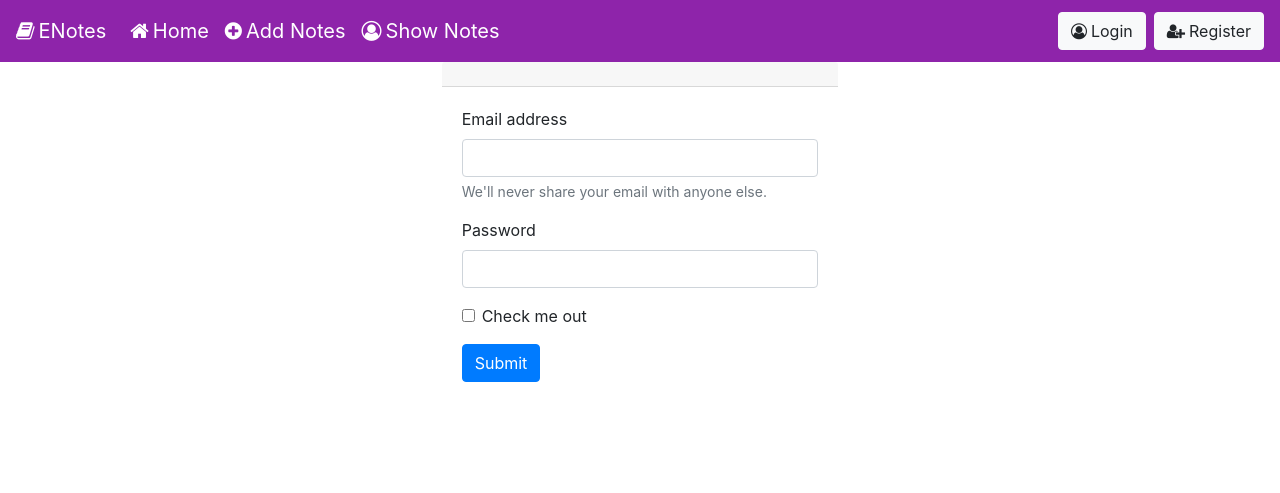
Repository: Bansal140899/eclipse-workspace
Page: http://localhost/ENotesProject/register.jsp
The author's editor kept a copy of each file at every save. The page is drawn from the files as they stood at one save, then again after the next save.
The browser window is 1280 px wide. The pictures show the whole page.
The page is served by Tomcat 9. Other server files are loaded and not shown.

Above is the page before, as saved 2025-12-21 21:54:09.

### ENotesProject/src/main/webapp/register.jsp
<%@ page language="java" contentType="text/html; charset=UTF-8"
	pageEncoding="UTF-8"%>
<!DOCTYPE html PUBLIC "-//W3C//DTD HTML 4.01 Transitional//EN" "http://www.w3.org/TR/html4/loose.dtd">
<html>
<head>
<meta http-equiv="Content-Type" content="text/html; charset=UTF-8">
<title>Register Page</title>
</head>
<body>
	<%@include file="All_Component/allcss.jsp"%>
	<%@include file="All_Component/navbar.jsp"%>
	<div class="container-fluid">
		<div class="row">
			<div class="col-md-4 offset-md-4">


				<div class="card-header"></div>
				<div class="card-body">
				<form>
					<div class="form-group">
						<label for="exampleInputEmail1">Email address</label> <input
							type="email" class="form-control" id="exampleInputEmail1"
							aria-describedby="emailHelp"> <small id="emailHelp"
							class="form-text text-muted">We'll never share your email
							with anyone else.</small>
					</div>
					<div class="form-group">
						<label for="exampleInputPassword1">Password</label> <input
							type="password" class="form-control" id="exampleInputPassword1">
					</div>
					<div class="form-group form-check">
						<input type="checkbox" class="form-check-input" id="exampleCheck1">
						<label class="form-check-label" for="exampleCheck1">Check
							me out</label>
					</div>
					<button type="submit" class="btn btn-primary">Submit</button>
				</form>


				</div>

			</div>

		</div>


	</div>
</body>
</html>

### ENotesProject/src/main/webapp/All_Component/allcss.jsp
<link rel="stylesheet"
	href="https://cdn.jsdelivr.net/npm/bootstrap@4.6.2/dist/css/bootstrap.min.css"
	integrity="sha384-xOolHFLEh07PJGoPkLv1IbcEPTNtaed2xpHsD9ESMhqIYd0nLMwNLD69Npy4HI+N"
	crossorigin="anonymous">

<link rel="stylesheet"
	href="https://cdnjs.cloudflare.com/ajax/libs/font-awesome/4.7.0/css/font-awesome.min.css">
<link rel="stylesheet" href="css/style.css">

<script
	src="https://cdn.jsdelivr.net/npm/jquery@3.5.1/dist/jquery.slim.min.js"
	integrity="sha384-DfXdz2htPH0lsSSs5nCTpuj/zy4C+OGpamoFVy38MVBnE+IbbVYUew+OrCXaRkfj"
	crossorigin="anonymous"></script>
<script
	src="https://cdn.jsdelivr.net/npm/popper.js@1.16.1/dist/umd/popper.min.js"
	integrity="sha384-9/reFTGAW83EW2RDu2S0VKaIzap3H66lZH81PoYlFhbGU+6BZp6G7niu735Sk7lN"
	crossorigin="anonymous"></script>
<script
	src="https://cdn.jsdelivr.net/npm/bootstrap@4.6.2/dist/js/bootstrap.min.js"
	integrity="sha384-+sLIOodYLS7CIrQpBjl+C7nPvqq+FbNUBDunl/OZv93DB7Ln/533i8e/mZXLi/P+"
	crossorigin="anonymous"></script>

### ENotesProject/src/main/webapp/All_Component/navbar.jsp
<nav class="navbar navbar-expand-lg navbar-dark bg-custom navbar-custom">
  <a class="navbar-brand" href="#"><i class="fa fa-book mr-1" aria-hidden="true"></i>ENotes</a>
  <button class="navbar-toggler" type="button" data-toggle="collapse" data-target="#navbarSupportedContent" aria-controls="navbarSupportedContent" aria-expanded="false" aria-label="Toggle navigation">
    <span class="navbar-toggler-icon"></span>
  </button>

  <div class="collapse navbar-collapse" id="navbarSupportedContent">
    <ul class="navbar-nav mr-auto">
      <li class="nav-item active">
        <a class="nav-link" href="#"><i class="fa fa-home mr-1" aria-hidden="true"></i>Home <span class="sr-only">(current)</span></a>
      </li>
      <li class="nav-item">
        <a class="nav-link" href="#"><i class="fa fa-plus-circle mr-1" aria-hidden="true"></i>Add Notes</a>
      </li>

      <li class="nav-item">
        <a class="nav-link"><i class="fa fa-user-circle-o mr-1" aria-hidden="true"></i>Show Notes</a>
      </li>
    </ul>

      <button class="btn btn-light my-2 my-sm-0 mr-2" type="submit"><i class="fa fa-user-circle-o mr-1" aria-hidden="true"></i>Login</a>
      <button class="btn btn-light my-2 my-sm-0" type="submit"><i class="fa fa-user-plus mr-1" aria-hidden="true"></i>Register</a>

  </div>
</nav>

### ENotesProject/src/main/webapp/css/style.css
.bg-custom{
	background:#8e24aa;
}
.navbar .nav-item .nav-link{
	font-size:20px;
	color:white;
}

.navbar-custom .nav-item:hover .nav-link{
	background:white;
	color:black;
    border-radius:10px;
}

After the next save:
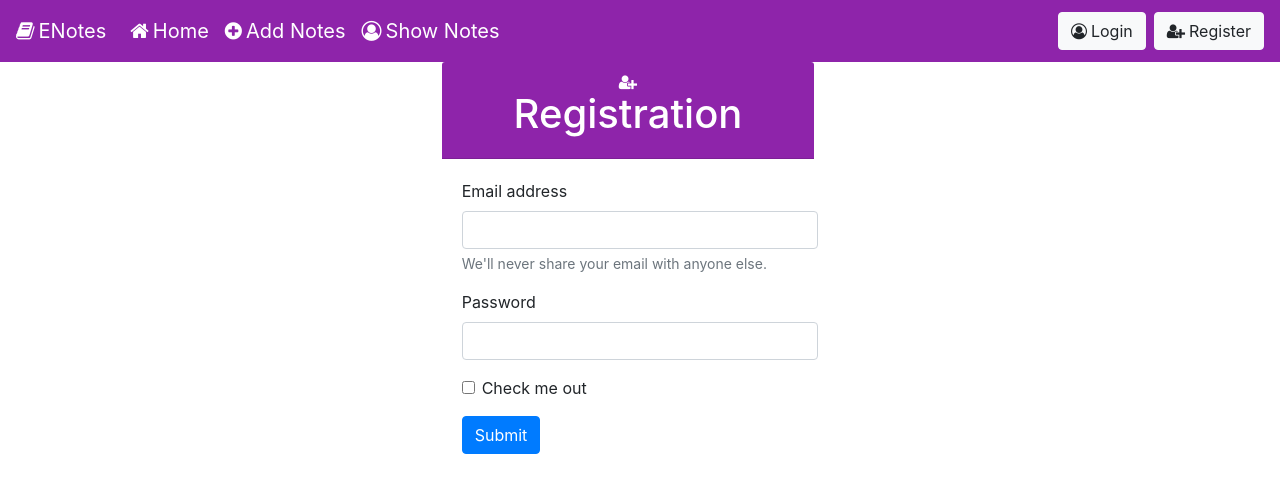
Saved 5 min 54 s later.
--- a/ENotesProject/src/main/webapp/register.jsp
+++ b/ENotesProject/src/main/webapp/register.jsp
@@ -12,9 +12,15 @@
 	<div class="container-fluid">
 		<div class="row">
 			<div class="col-md-4 offset-md-4">
+              <div  class="text-center text-white mr-4">
 
+				<div class="card-header text-center text-white bg-custom">
+				   <i class="fa fa-user-plus fa-3xl" aria-hidden="true"></i>
+				   <h1>Registration</h1>
 
-				<div class="card-header"></div>
+				 </div>
+
+				</div>
 				<div class="card-body">
 				<form>
 					<div class="form-group">
@@ -38,6 +44,7 @@
 
 
 				</div>
+				</div>
 
 			</div>
 
